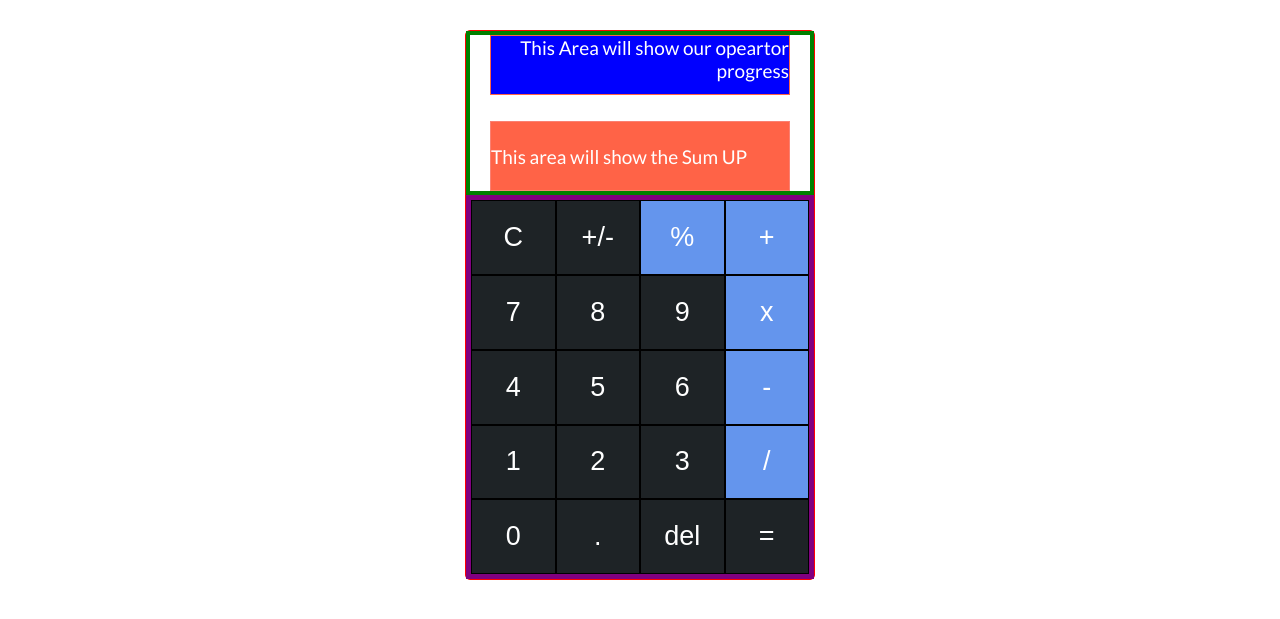
Repository: OfirLana/Calculator
Page: index.html
The author's editor kept a copy of each file at every save. The page is drawn from the files as they stood at one save, then again after the next save.
The browser window is 1280 px wide. The pictures show the whole page.

Above is the page before, as saved 2019-03-12 21:25:34.

### index.html
<!DOCTYPE html>
<html lang="en">

<head>
    <meta charset="UTF-8">
    <meta name="viewport" content="width=device-width, initial-scale=1.0">
    <meta http-equiv="X-UA-Compatible" content="ie=edge">
    <link href="https://fonts.googleapis.com/css?family=Lato:100,300,400,700,900" rel="stylesheet">
    <title>Document</title>
    <link rel="stylesheet" href="style.css">
</head>

<body>
    <div class="calculator">
        <div class="output_box">
            <div class="main_output">

                This Area will show our opeartor progress

            </div>
            <div class="sub_output">

               This area will show the Sum UP

            </div>
        </div>


        <div class="opeartor_box">
            <button class="btn dlt">C</button>
            <button class="btn">+/-</button>
            <button class="btn op">%</button>
            <button class="btn op">+</button>
            <button class="btn">7</button>
            <button class="btn">8</button>
            <button class="btn">9</button>
            <button class="btn op">x</button>
            <button class="btn">4</button>
            <button class="btn">5</button>
            <button class="btn">6</button>
            <button class="btn op">-</button>
            <button class="btn">1</button>
            <button class="btn">2</button>
            <button class="btn">3</button>
            <button class="btn op">/</button>
            <button class="btn">0</button>
            <button class="btn">.</button>
            <button class="btn">del</button>
            <button class="btn sum">=</button>


        </div>








    </div>
    <script src="index.js"></script>
</body>

</html>

### style.css
* {
    margin: 0;
    padding: 0;
    box-sizing: border-box;
}

html {
    font-size: 62.5%;
}

body {
    font-family: "Lato", sans-serif;
    font-size: 1.6rem;
    color: #777;
    padding: 3rem;
}

.calculator {
    display: flex;
    flex-direction: column;
    margin: 0 auto;
    width: 35rem;
    height: 55rem;
    border: 1px solid red;
    border-radius: 5px;
}

.output_box {
    display: flex;
    flex-direction: column;
    flex-basis: 30%;
    border: 4px solid green;
    width: 100%;
    justify-content: space-between;
    padding:0px 20px;
    color:white;
    font-size:19px;
}

.main_output {
    display: flex;
    border: 1px solid blue;
    height: 6rem;
    /* background:blue; */
  border:1px solid tomato;
    width:100%;
    background:blue;
    text-align:end;
    overflow: hidden;
}






.sub_output {
    display: flex;
    border: 1px solid salmon;
    height: 7rem;
    /* background:red; */
    display:flex;
    align-items: center;
    overflow: hidden;
    background:tomato;
}

.opeartor_box{
    display:flex;
    /* flex-direction: column; */
    flex-wrap:wrap;
    width:100%;
    border:5px solid purple;
    flex-basis:70%;
}

.btn{
    width:25%;
    height:20%;
    background:#1E2326;
    border: 1px solid black;
    color:white;
    font-size:27px;
    font-weight:100;
}

.btn:active{
    background:blue;
    border:1px solid black;
}

.op {
    background:cornflowerblue;
}

Loaded but not shown: index.js (no copy from this time; the picture is the same without it)

After the next save:
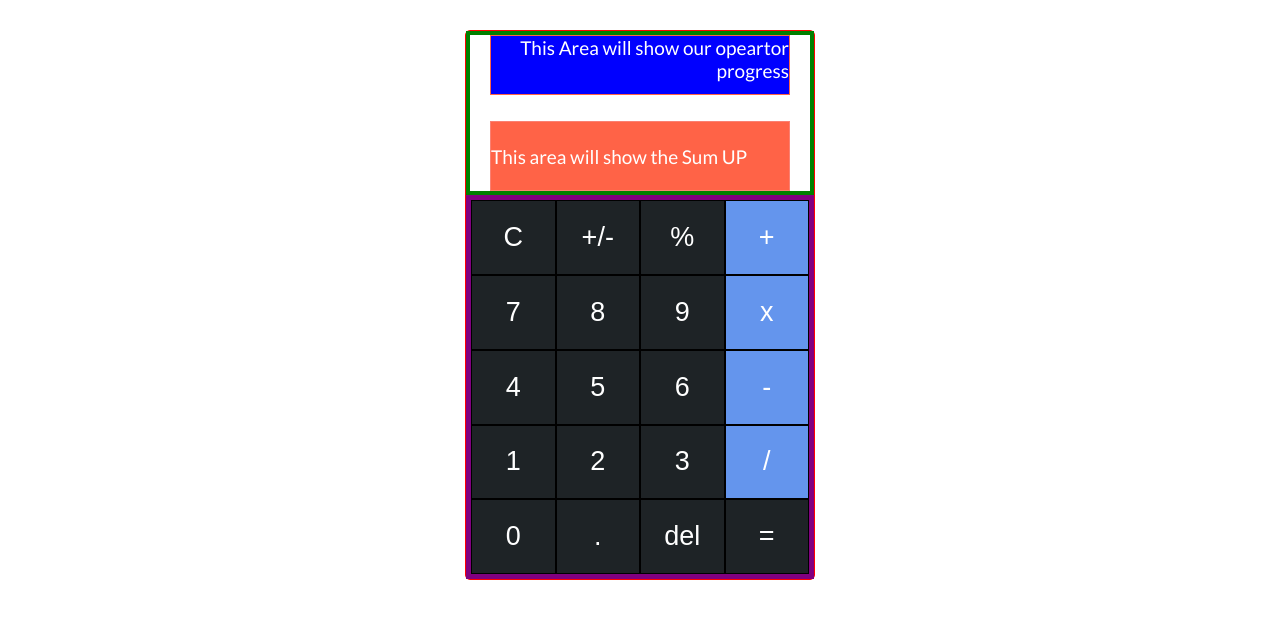
Saved 9 s later.
--- a/index.html
+++ b/index.html
@@ -29,7 +29,7 @@
         <div class="opeartor_box">
             <button class="btn dlt">C</button>
             <button class="btn">+/-</button>
-            <button class="btn op">%</button>
+            <button class="btn ">%</button>
             <button class="btn op">+</button>
             <button class="btn">7</button>
             <button class="btn">8</button>
